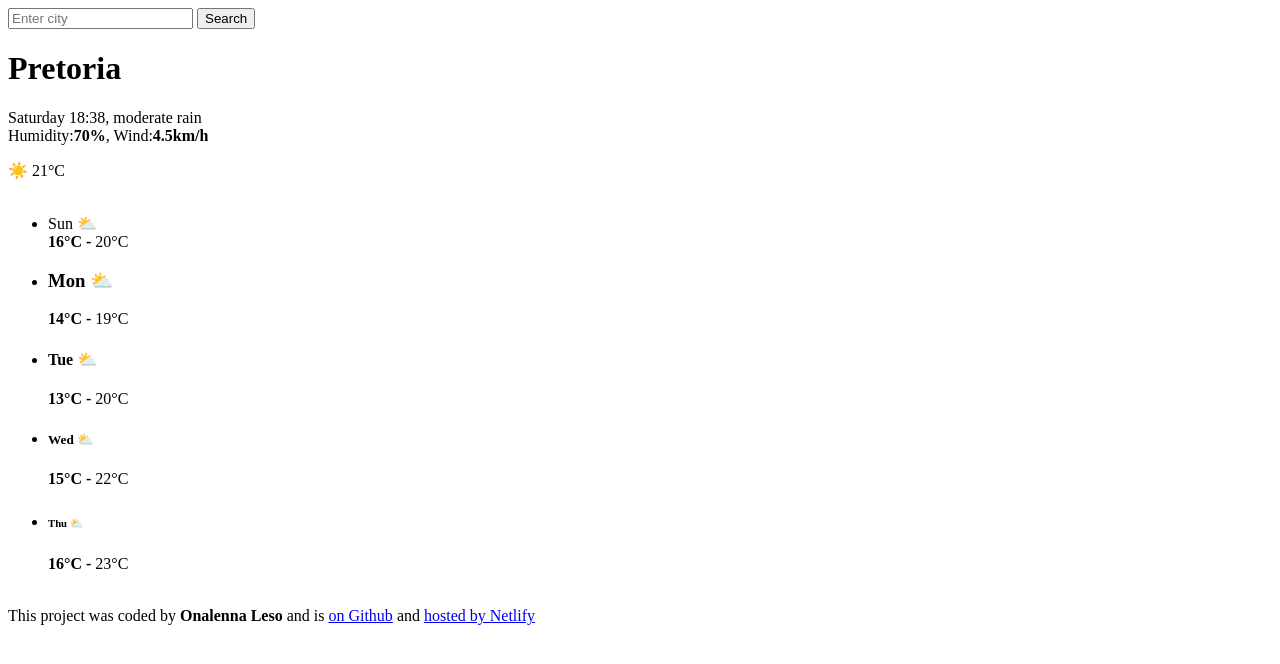
Repository: onalennaleso/empty
Page: weather.html
These files come from the project's save history. The page is drawn as it stood at one moment and after the next save; the edit follows.
The browser window is 1280 px wide. The pictures show the whole page.

Above is the page before, as saved 2024-02-22 05:23:36.

After the next save:
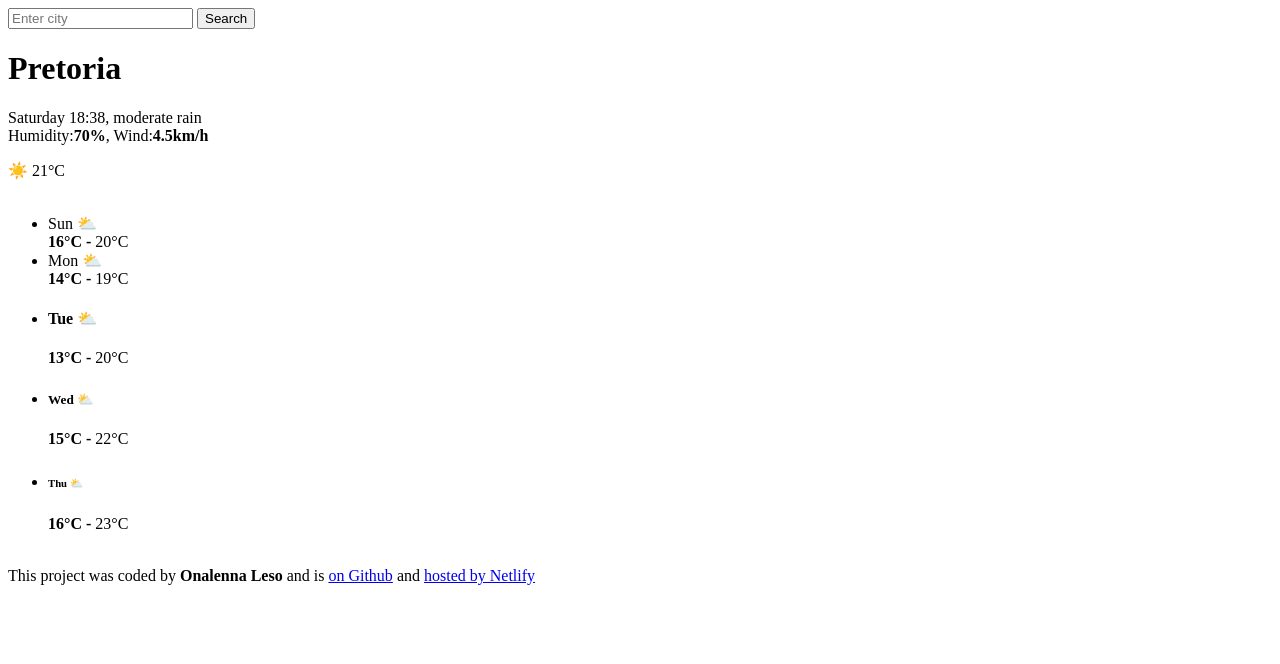
Saved 39 s later.
--- a/weather.html
+++ b/weather.html
@@ -28,13 +28,13 @@
         <li>
             Sun ⛅️
             <br />
-            <strong>16&deg;C - </strong> 20&deg;C </p>
+            <strong>16&deg;C - </strong> 20&deg;C
         </li>
         <li>
-            <h3>
-                Mon ⛅️
-            </h3>
-            <p><strong>14&deg;C -</strong> 19&deg;C</p>
+
+            Mon ⛅️
+            <br />
+            <strong>14&deg;C -</strong> 19&deg;C
         </li>
         <li>
             <h4>
